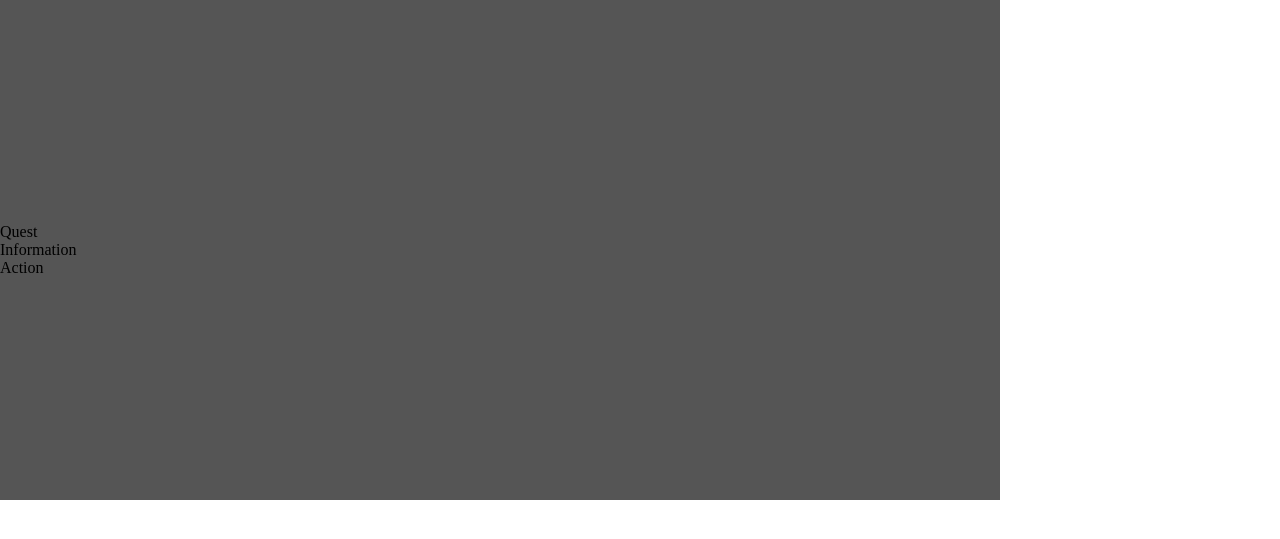
Repository: rahulnag7963/UBCHacks4.0
Page: /
The author's editor kept a copy of each file at every save. The page is drawn from the files as they stood at one save, then again after the next save.
The browser window is 1280 px wide. The pictures show the whole page.
The project was rebuilt for these pictures with package versions that can differ from the ones it lists, and the page was loaded fresh each time.

Above is the page before, as saved 2022-11-26 01:48:04.

### public/index.html
<!DOCTYPE html>
<html lang="en">
  <head>
    <meta charset="utf-8" />
    <link rel="icon" href="%PUBLIC_URL%/favicon.ico" />
    <meta name="viewport" content="width=device-width, initial-scale=1" />
    <meta name="theme-color" content="#000000" />
    <meta
      name="description"
      content="Web site created using create-react-app"
    />
    <link rel="apple-touch-icon" href="%PUBLIC_URL%/logo192.png" />
    <link rel="manifest" href="%PUBLIC_URL%/manifest.json" />
    <title>BC Hacks 4.0 Game</title>
  </head>
  <body>
    <noscript>You need to enable JavaScript to run this app.</noscript>
    <div id="root"></div>
  </body>
</html>

### src/index.tsx
import React from 'react';
import ReactDOM from 'react-dom/client';
import './index.css';
import App from './app';

const root = ReactDOM.createRoot(
  document.getElementById('root') as HTMLElement
);

root.render(
  <React.StrictMode>
    <App />
  </React.StrictMode>
);

### src/app.tsx
import React from "react";
import "./app.css";
import Quest from "./Components/Quest";
import Information from "./Components/Information";
import Action from "./Components/Action";
function app() {
  return (
    <div className="app">
      <div className="Components">
        <Quest />
        <Information />
        <Action />
      </div>
    </div>
  );
}

export default app;

### src/app.css
.app {
    height: 500px;
    width: 1000px;
    background-color: #555;
    align-content: center;
}

.component {
    text-align: center;
    padding-top: 20rem;
}

### src/Components/Quest.tsx
import React from 'react'

const Quest = () => {
  return (
    <div>Quest</div>
  )
}

export default Quest

### src/Components/Information.tsx
import React from 'react'

const Information = () => {
  return (
    <div>Information</div>
  )
}

export default Information

### src/Components/Action.tsx
import React from 'react'

const Action = () => {
  return (
    <div>Action</div>
  )
}

export default Action

Loaded but not shown: src/index.css (common file)

After the next save:
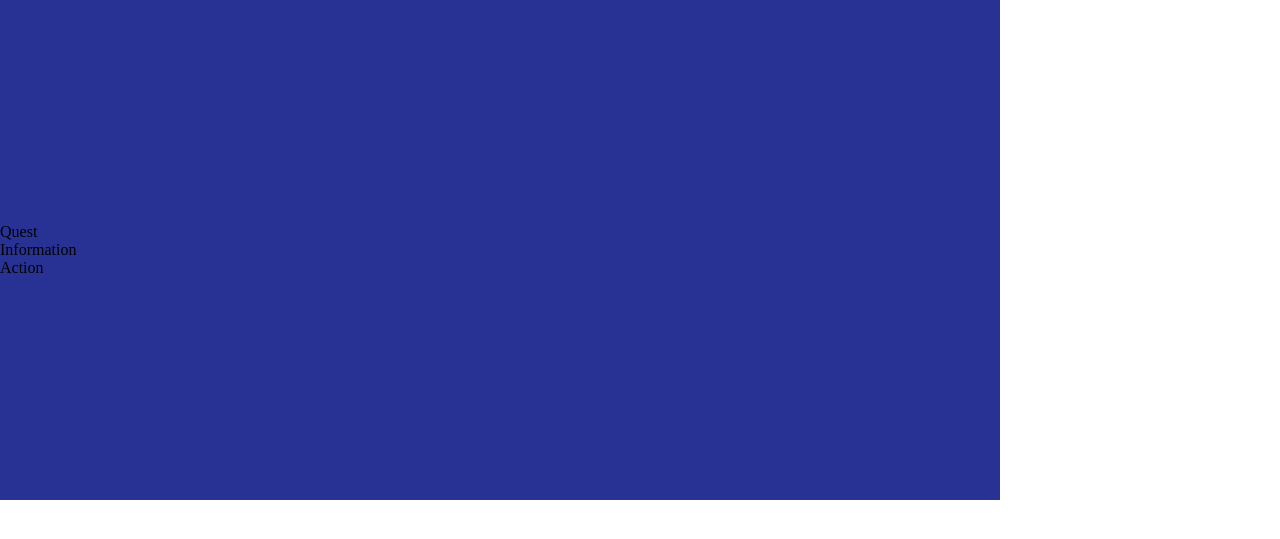
Saved 51 s later.
--- a/src/app.css
+++ b/src/app.css
@@ -1,7 +1,7 @@
 .app {
     height: 500px;
     width: 1000px;
-    background-color: #555;
+    background-color: rgb(39, 50, 148);
     align-content: center;
 }
 
